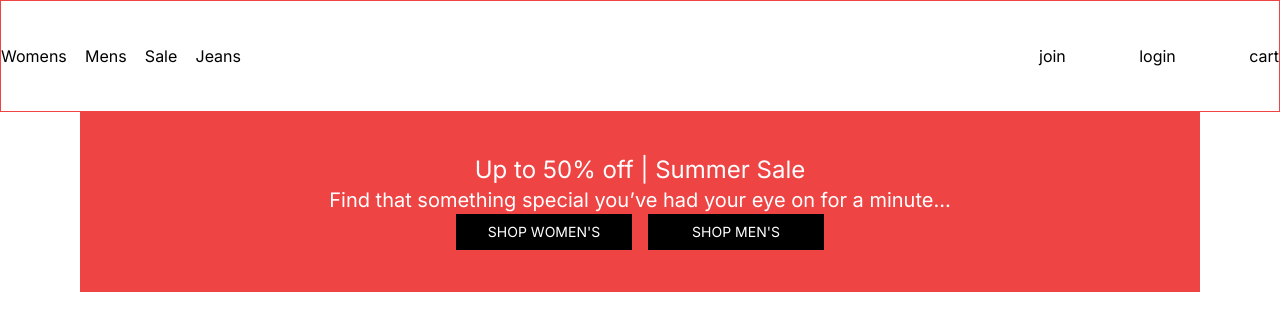
Repository: harrywebb21/stil-clothing
Page: /
An editor plug-in stored every save of this project. The page is shown before and after the next save, followed by the edit.
The browser window is 1280 px wide. The pictures show the whole page.
The project was rebuilt for these pictures with package versions that can differ from the ones it lists, and the page was loaded fresh each time. The framework's server and built-in components were replaced by stand-ins that run in the browser. Also part of the build but not shown: next.config.js.

Above is the page before, as saved 2023-06-08 16:14:18.

### src/app/page.js
"use client";
import Image from "next/image";
import Navbar from "./components/Navbar";
import SaleBox from "./components/SaleBox";

export default function Home() {
  return (
    <div>
      <Navbar />
      <div className="flex justify-center items-center px-20">
        <SaleBox />
      </div>
    </div>
  );
}

### src/app/components/Navbar.js
export default function Navbar() {
  return (
    <div className=" border border-red-500 h-28 flex justify-between items-center sticky t-0 l-0 w-screen">
      <ul className=" flex justify-between w-60">
        <li>
          <a href="/womens">Womens</a>
        </li>
        <li>
          <a href="/mens">Mens</a>
        </li>
        <li>
          <a href="/sale">Sale</a>
        </li>
        <li>
          <a href="/jeans">Jeans</a>
        </li>
      </ul>

      <ul className="flex justify-between w-60">
        <li>
          <a href="/join">join</a>
        </li>
        <li>
          <a href="/login">login</a>
        </li>
        <li>
          <a href="/cart">cart</a>
        </li>
      </ul>
    </div>
  );
}

### src/app/components/SaleBox.js
export default function SaleBox() {
  return (
    <div className="flex flex-col justify-center items-center h-[180px] bg-red-500 text-white w-screen m">
      <h1 className=" text-2xl"> Up to 50% off | Summer Sale</h1>
      <p className=" text-xl">
        Find that something special you’ve had your eye on for a minute…
      </p>
      <div className="gap-4 flex">
        <button className="bg-black text-white px-4 py-2 text-center  w-44 text-sm">
          SHOP WOMEN'S
        </button>
        <button className="bg-black text-white px-4 py-2  text-center w-44 text-sm">
          SHOP MEN'S
        </button>
      </div>
    </div>
  );
}

Loaded but not shown: src/app/layout.js (common file); src/app/globals.css (common file); tailwind.config.js (common file)

After the next save:
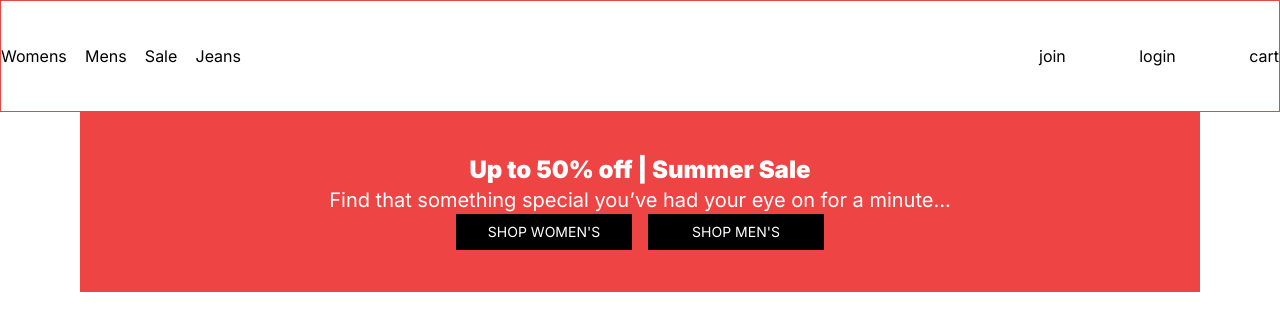
Saved 48 s later.
--- a/src/app/components/SaleBox.js
+++ b/src/app/components/SaleBox.js
@@ -1,7 +1,7 @@
 export default function SaleBox() {
   return (
     <div className="flex flex-col justify-center items-center h-[180px] bg-red-500 text-white w-screen m">
-      <h1 className=" text-2xl"> Up to 50% off | Summer Sale</h1>
+      <h1 className=" text-2xl font-black"> Up to 50% off | Summer Sale</h1>
       <p className=" text-xl">
         Find that something special you’ve had your eye on for a minute…
       </p>
